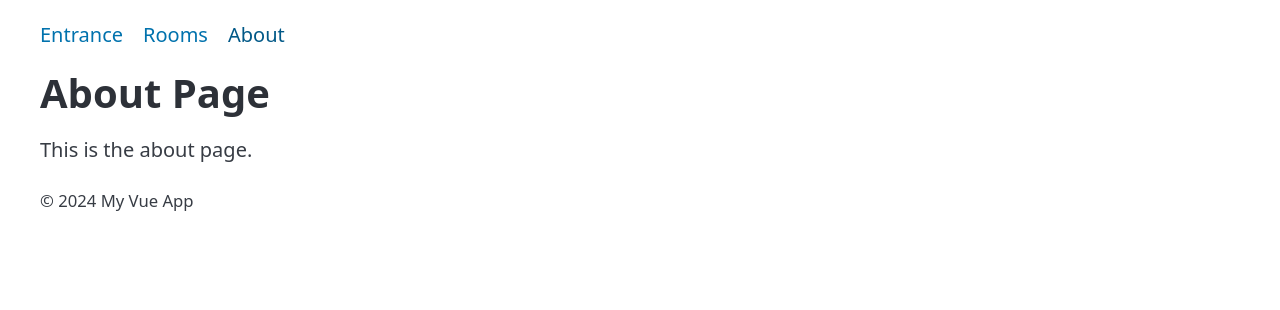
Repository: jujhars13/gurdwara-displays
Page: /about
An editor plug-in stored every save of this project. The page is shown before and after a run of saves, followed by the edit.
The browser window is 1280 px wide. The pictures show the whole page.
The project was rebuilt for these pictures with package versions that can differ from the ones it lists, and the page was loaded fresh each time. Also part of the build but not shown: vue.config.js, src/pages/Rooms.vue, src/pages/Entrance.vue.

Above is the page before, as saved 2024-10-13 15:36:08.

After the next 2 saves:
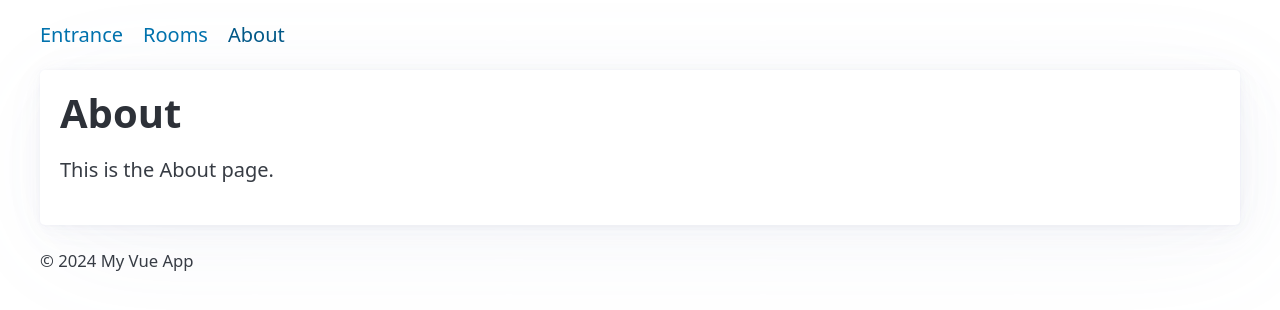
The 2 saves are shown as one change because they came seconds apart.
The last was saved 11 s later.
--- a/src/pages/About.vue
+++ b/src/pages/About.vue
@@ -1,25 +1,17 @@
-<!-- src/components/About.vue -->
+<!-- src/pages/About.vue -->
 <template>
-  <div>
-    <h1>About Page</h1>
-    <p>This is the about page.</p>
-  </div>
+  <article>
+    <h1>About</h1>
+    <p>This is the About page.</p>
+  </article>
 </template>
 
 <script>
 export default {
   name: 'AboutPage',
-  data() {
-    return {
-      // Add your data properties here
-    };
-  },
-  methods: {
-    // Add your methods here
-  },
 };
 </script>
 
 <style scoped>
-/* Add your styles here */
+/* Add component-specific styles if needed */
 </style>
